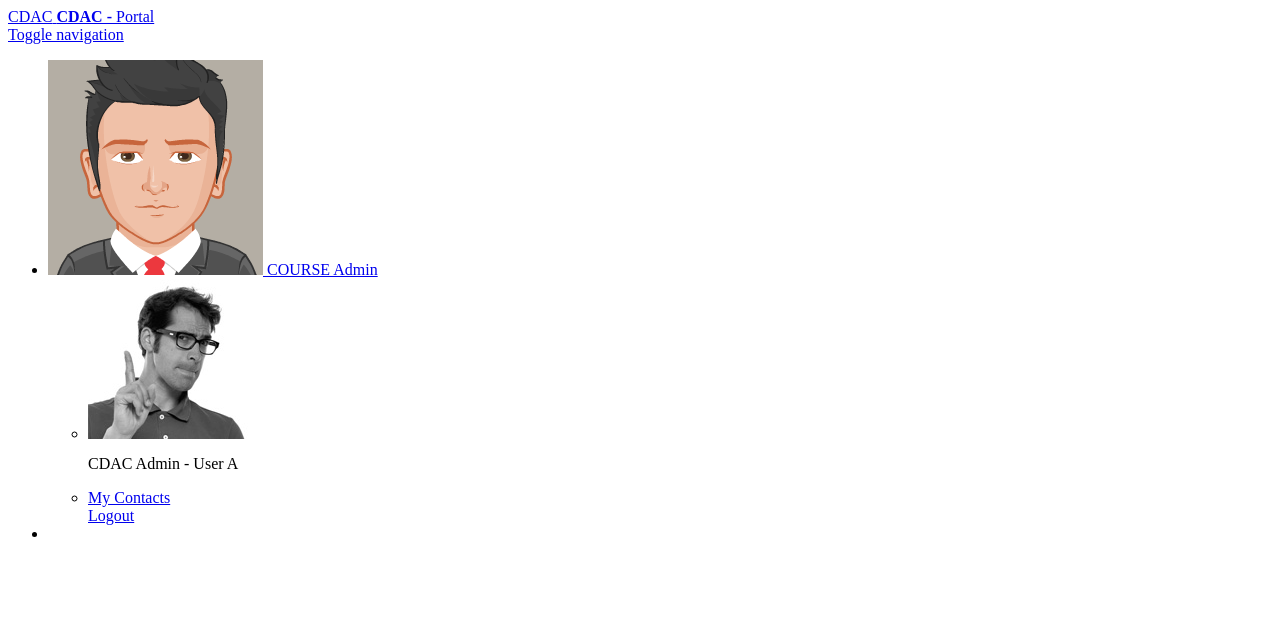
Repository: team-alpha-cdac/cdac-project-280719
Page: http://localhost/course/faculty/fragments/header
The author's editor kept a copy of each file at every save. The page is drawn from the files as they stood at one save, then again after the next save.
The browser window is 1280 px wide. The pictures show the whole page.
The page is this project's Thymeleaf template; nobody is signed in. The template is opened directly, without the code that normally fills it, so the values that code supplies are empty.

Above is the page before, as saved 2019-07-29 10:05:54.

### cdac-project/src/main/resources/templates/course/faculty/fragments/header.html
<!-- Logo -->
<a href="index2.html" class="logo">
    <!-- mini logo for sidebar mini 50x50 pixels -->
    <span class="logo-mini">CDAC</span>
    <!-- logo for regular state and mobile devices -->
    <span class="logo-lg"><b>CDAC - </b>Portal</span>
</a>
<!-- Header Navbar: style can be found in header.less -->
<nav class="navbar navbar-static-top">
    <!-- Sidebar toggle button-->
    <a href="#" class="sidebar-toggle" data-toggle="offcanvas" role="button">
        <span class="sr-only">Toggle navigation</span>
    </a>

    <div class="navbar-custom-menu">
        <ul class="nav navbar-nav">
            <!-- User Account: style can be found in dropdown.less -->
            <li class="dropdown user user-menu">
                <a href="#" class="dropdown-toggle" data-toggle="dropdown">
                    <img src="dist/img/avatar5.png" class="user-image" alt="User Image" />
                    <span class="hidden-xs">COURSE Admin</span>
                </a>
                <ul class="dropdown-menu">
                    <!-- User image -->
                    <li class="user-header">
                        <img src="dist/img/user2-160x160.jpg" class="img-circle" alt="User Image" />

                        <p>
                            CDAC Admin - User A
                        </p>
                    </li>
                    <!-- Menu Footer-->
                    <li class="user-footer">
                        <div class="pull-left">
                            <a href="#" class="btn btn-default btn-flat">My Contacts</a>
                        </div>
                        <div class="pull-right">
                            <a href="/logout" class="btn btn-default btn-flat">Logout</a>
                        </div>
                    </li>
                </ul>
            </li>
            <!-- Control Sidebar Toggle Button -->
            <li>
                <a href="#" data-toggle="control-sidebar"><i class="fa fa-gears"></i></a>
            </li>
        </ul>
    </div>
</nav>

After the next save:
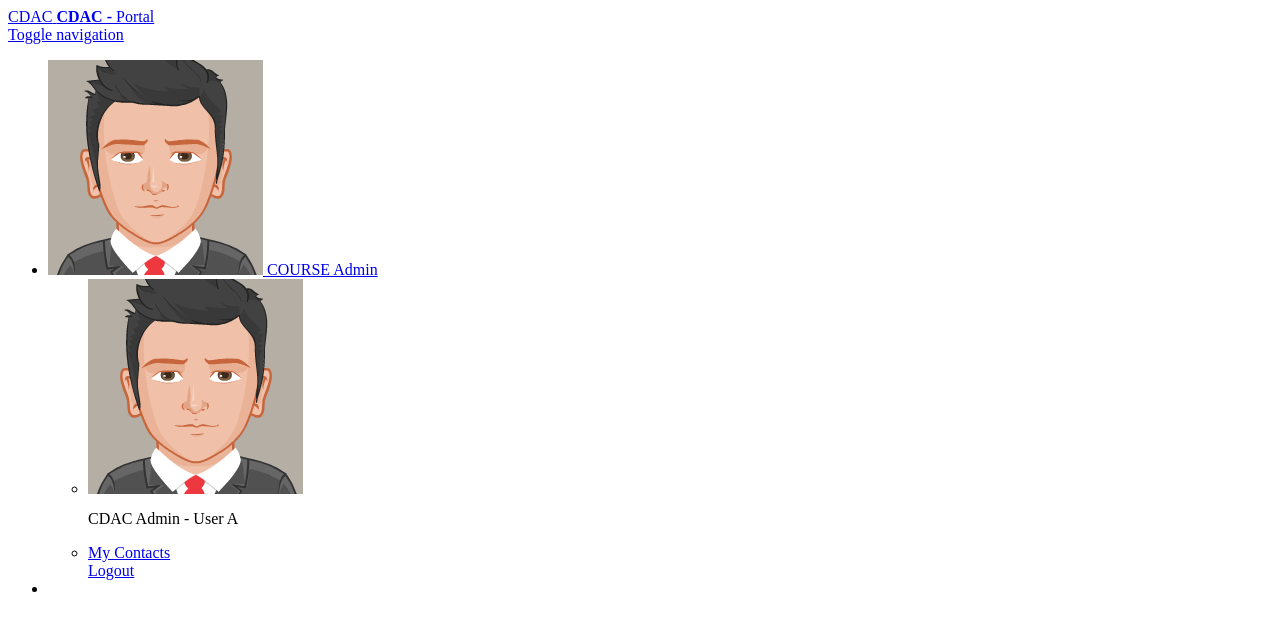
Saved 17 s later.
--- a/cdac-project/src/main/resources/templates/course/faculty/fragments/header.html
+++ b/cdac-project/src/main/resources/templates/course/faculty/fragments/header.html
@@ -23,7 +23,7 @@
                 <ul class="dropdown-menu">
                     <!-- User image -->
                     <li class="user-header">
-                        <img src="dist/img/user2-160x160.jpg" class="img-circle" alt="User Image" />
+                        <img src="dist/img/avatar5.png" class="img-circle" alt="User Image" />
 
                         <p>
                             CDAC Admin - User A
